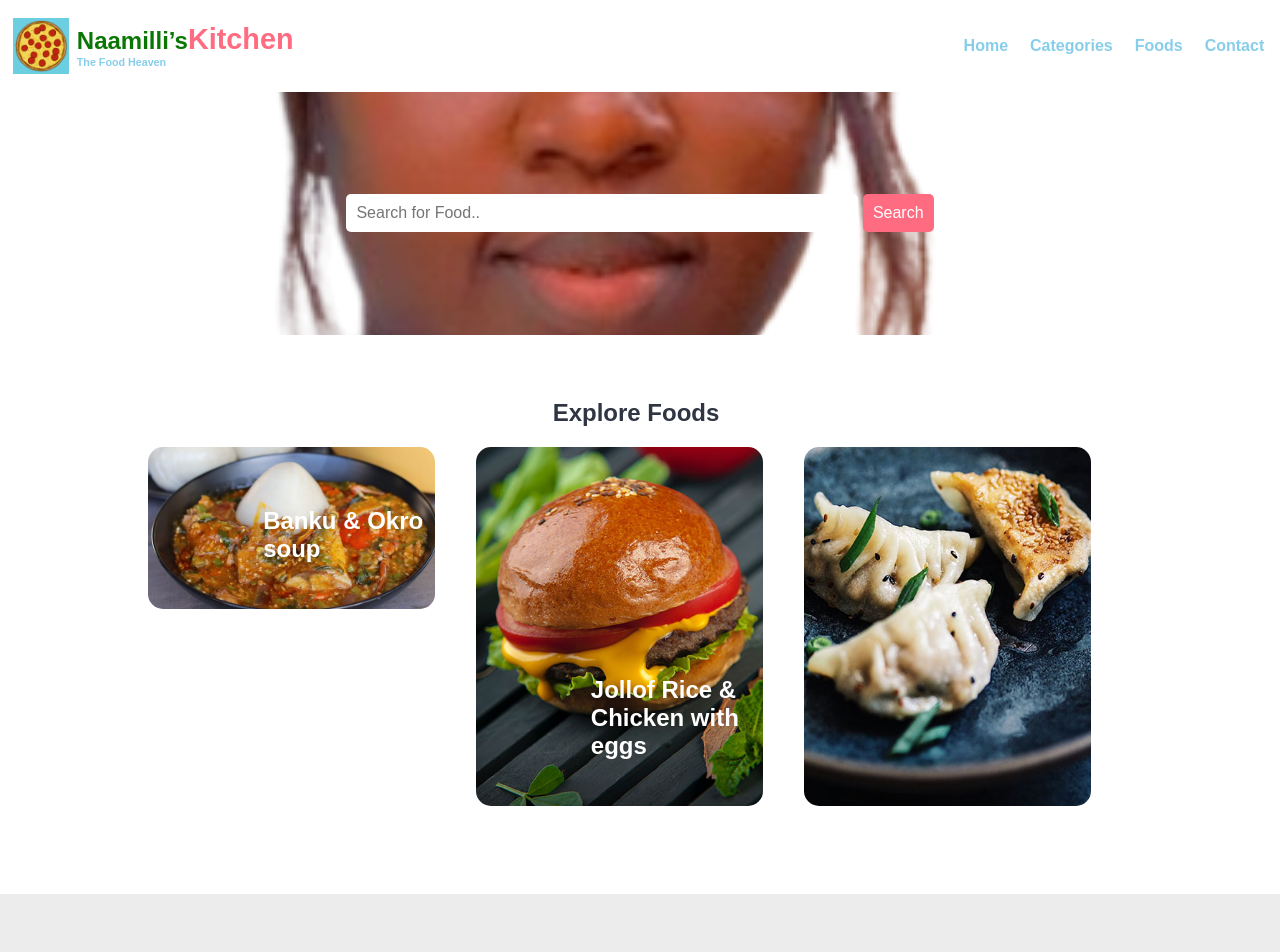
Repository: Saviour-Dagadu/Naamilli
Page: index.html
These files come from the project's save history. The page is drawn as it stood at one moment and after the next save; the edit follows.
The browser window is 1280 px wide. The pictures show the part of the page from y = 0 to 952 px (the page is 1931 px tall before and 1800 px after).
A picture or video elsewhere on the page could not be fetched, so the positions and the page height are approximate.

Above is the page before, as saved 2024-12-03 22:01:38.

After the next save:
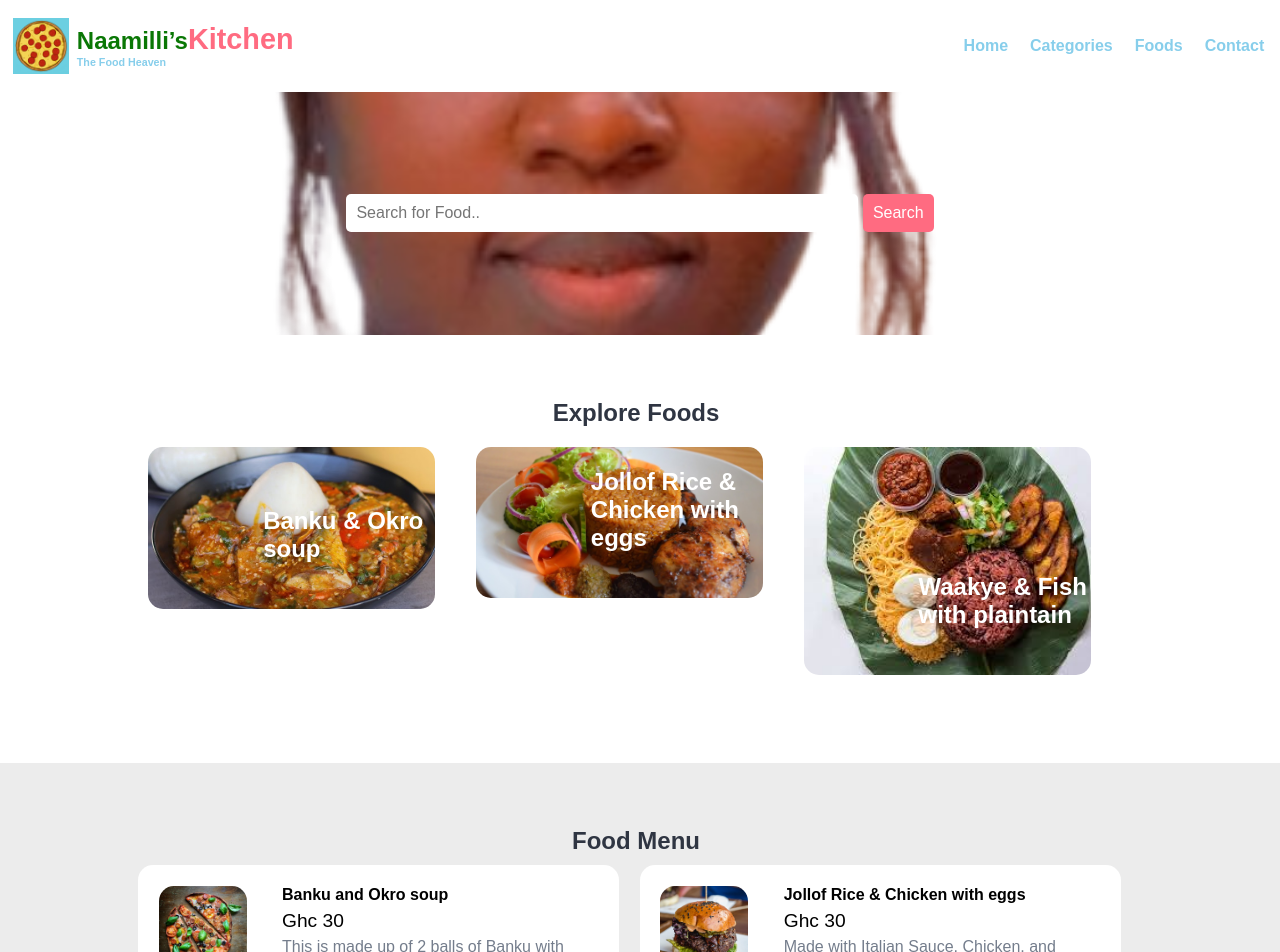
Saved 6 min 34 s later.
--- a/index.html
+++ b/index.html
@@ -78,7 +78,7 @@
 
             <a href="#">
             <div class="box-3 float-container">
-                <img src="images/burger.jpg" alt="Burger" class="img-responsive img-curve">
+                <img src="images/Jollof.JPG" alt="Burger" class="img-responsive img-curve">
 
                 <h3 class="float-text text-white">Jollof Rice & Chicken with eggs</h3>
             </div>
@@ -86,9 +86,9 @@
 
             <a href="#">
             <div class="box-3 float-container">
-                <img src="images/momo.jpg" alt="Momo" class="img-responsive img-curve">
-
-                <h3 class="float-text text-white"></h3>
+                <img src="images/waakye2.jpg" alt="Momo" class="img-responsive img-curve">
+
+                <h3 class="float-text text-white">Waakye & Fish with plaintain</h3>
             </div>
             </a>
 
